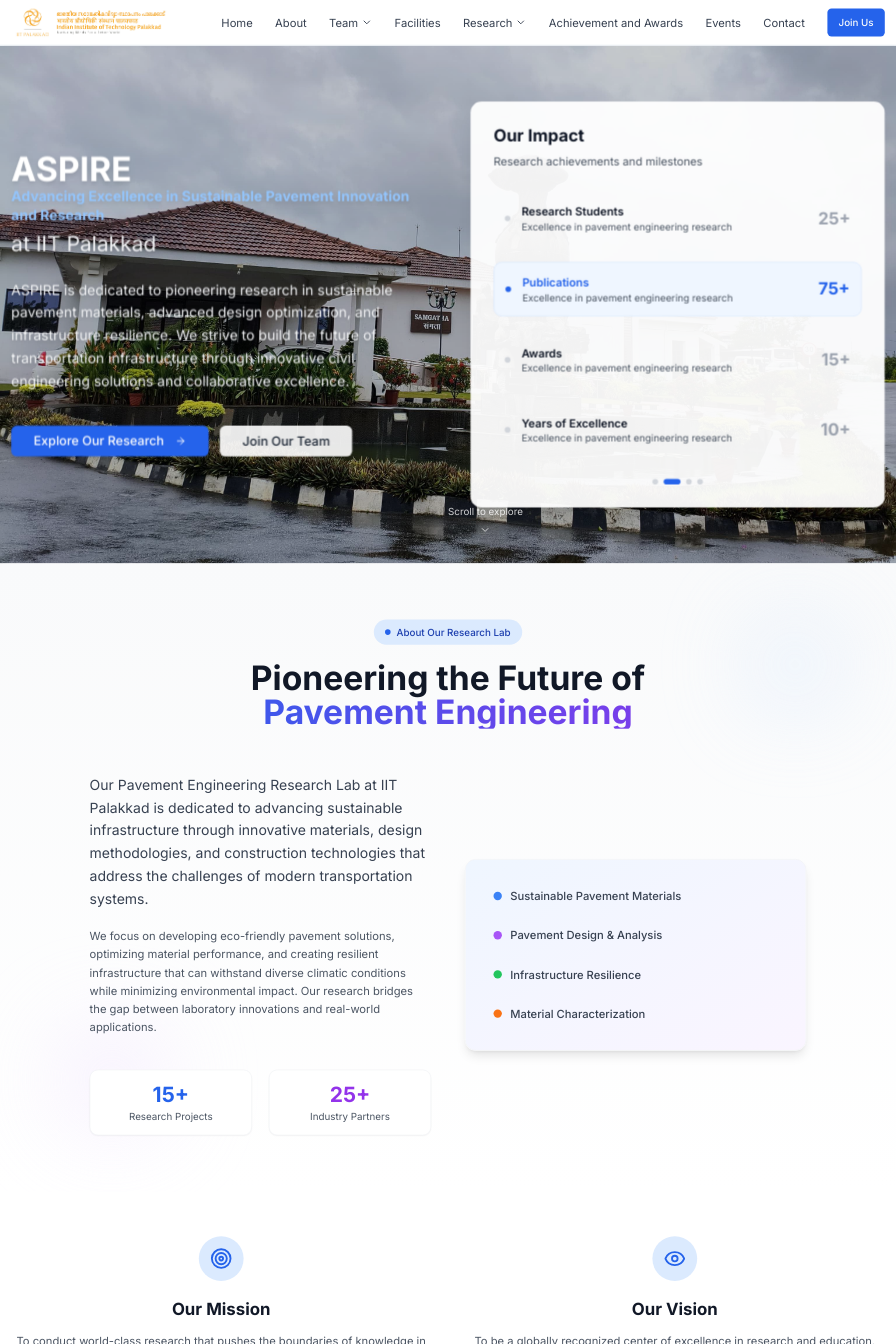
Repository: Gopikrish-30/ARISE
Page: /
These files come from the project's save history. The page is drawn as it stood at one moment and after a run of saves; the edit follows.
The browser window is 1280 px wide. The pictures show the part of the page from y = 0 to 1920 px (the page is 4937 px tall), at 70% of full size.
The project was rebuilt for these pictures with package versions that can differ from the ones it lists, and the page was loaded fresh each time. Some packages were replaced by stand-ins written for this rebuild. The framework's server and built-in components were replaced by stand-ins that run in the browser. Also part of the build but not shown: next.config.mjs.

Above is the page before, as saved 2025-06-29 14:51:57.

After the next 2 saves:
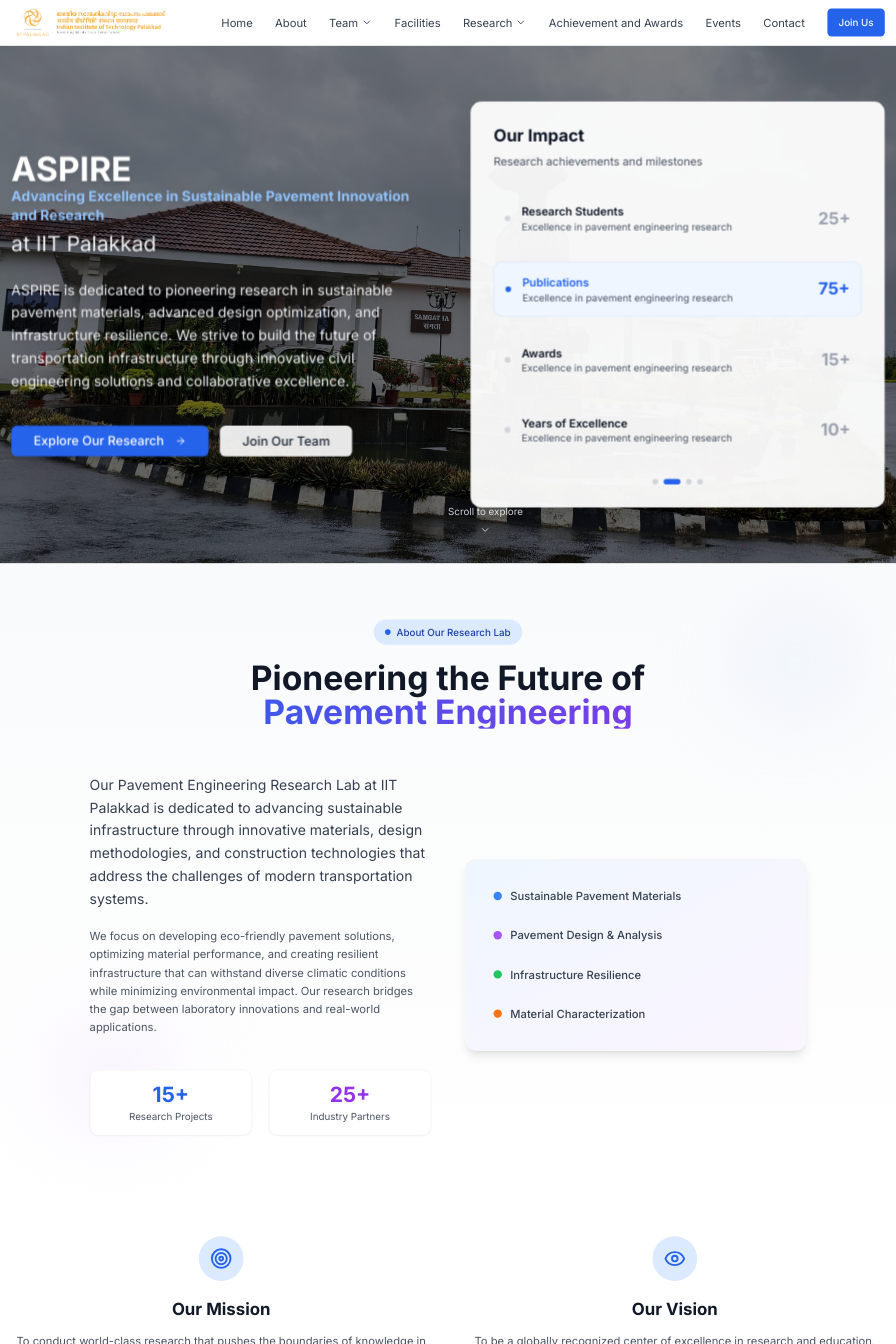
The 2 saves are shown as one change because they came seconds apart.
The last was saved 5 s later.
--- a/components/hero.tsx
+++ b/components/hero.tsx
@@ -34,8 +34,8 @@
             backgroundImage: `url('/images/hero2.jpg?height=1080&width=1920&text=IIT+Palakkad+Campus')`,
           }}
         />
-        {/* Light overlay for text readability */}
-        <div className="absolute inset-0 bg-black/20" />
+        {/* Darker overlay for better text visibility */}
+        <div className="absolute inset-0 bg-black/50" />
       </div>
 
       {/* Content */}
